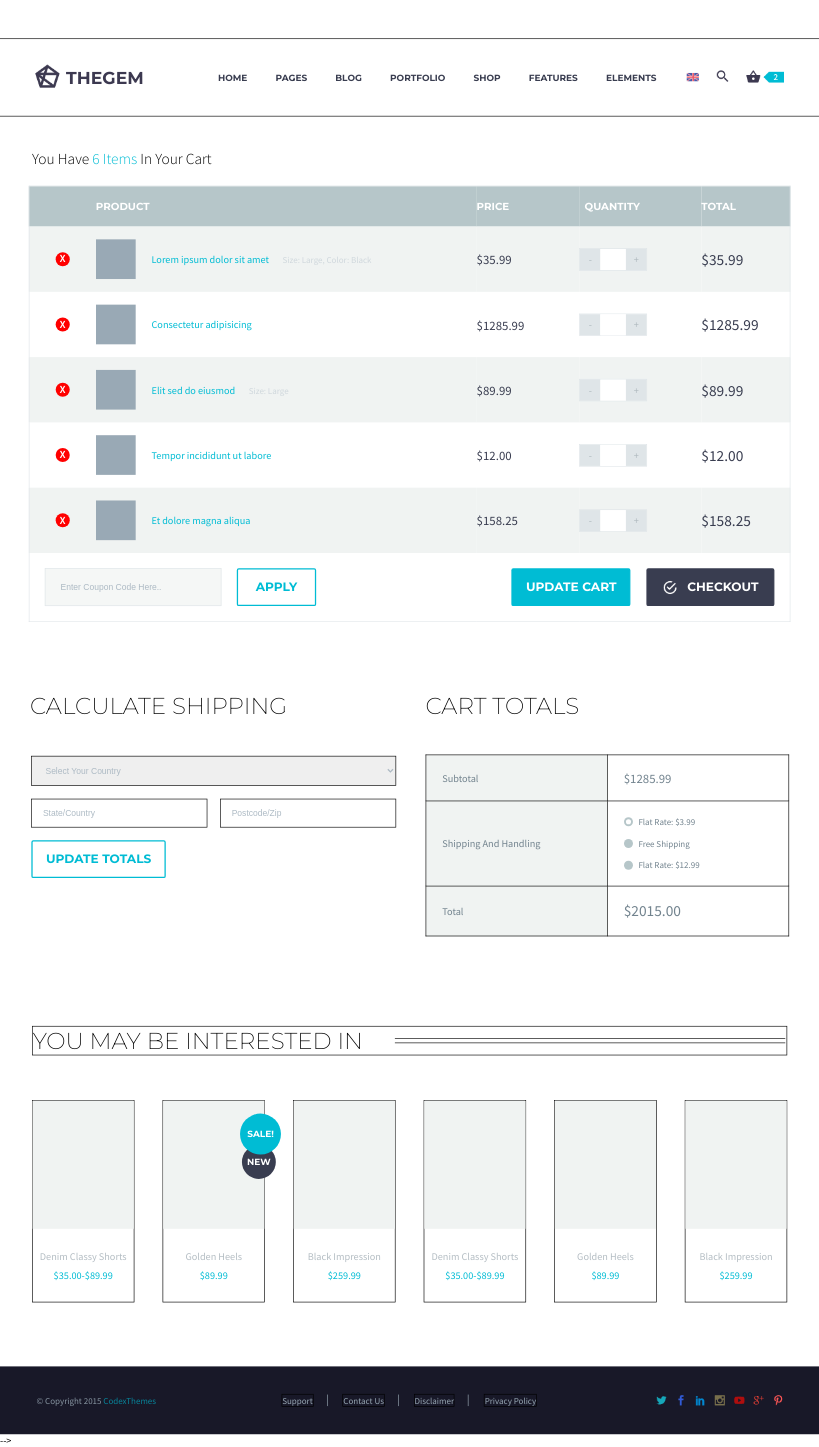
Repository: flylessbird/shop_cart
Page: html/page.html
An editor plug-in stored every save of this project. The page is shown before and after the next save, followed by the edit.
The browser window is 1280 px wide. The pictures show the whole page, at 64% of full size.
The style sheet was rebuilt from its Sass, Less or Tailwind sources for each picture, by a compiler version that may differ from the author's.

Above is the page before, as saved 2022-05-11 10:03:07.

After the next save:
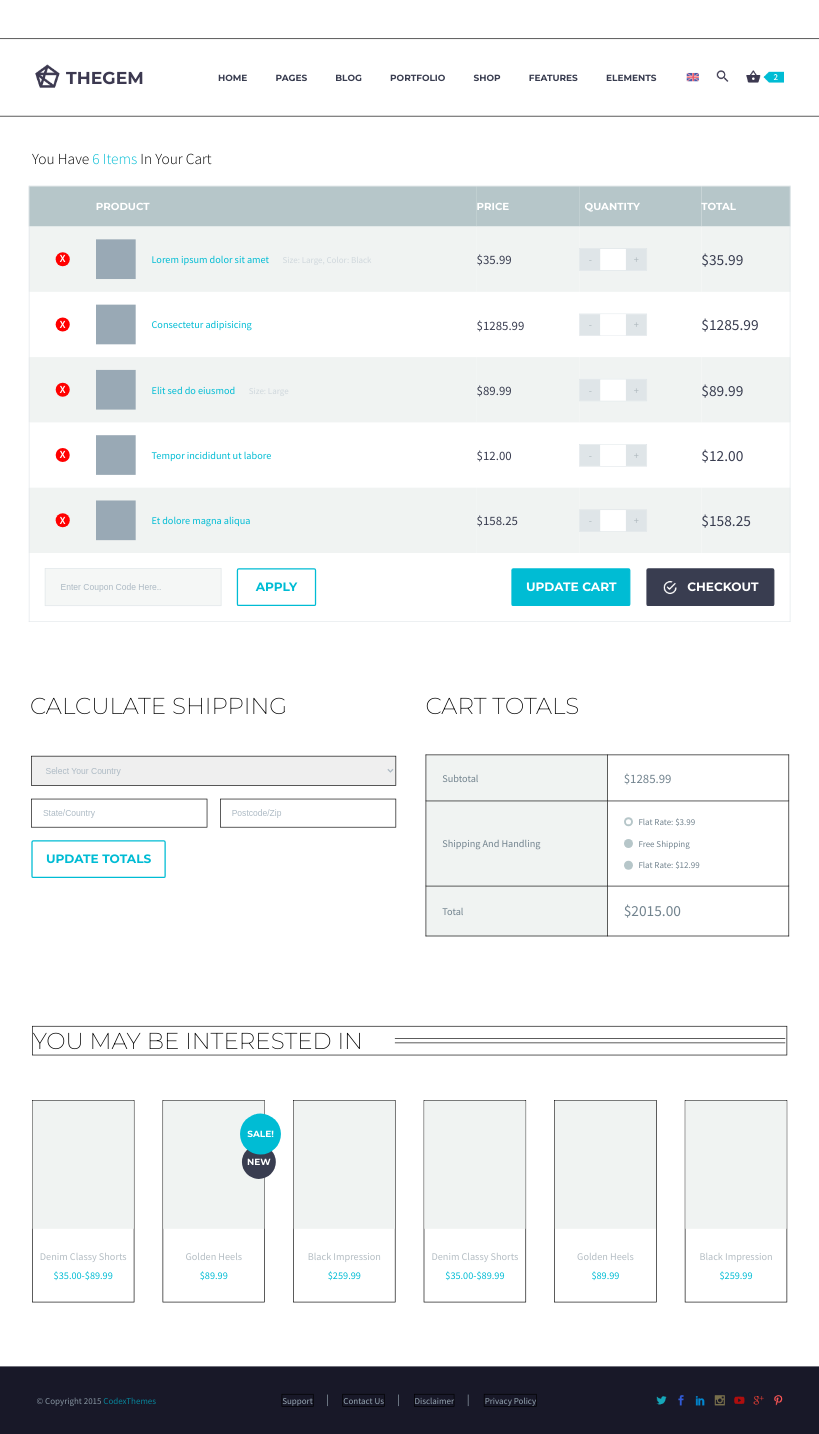
Saved 102 s later.
--- a/html/page.html
+++ b/html/page.html
@@ -324,7 +324,7 @@
           <li><a href="#">privacy policy</a></li>
         </ul>
         <img src="/img/social.png" alt="" />
-      </footer> -->
+      </footer>
     </div>
     <script src="/js/nav.js"></script>
   </body>
